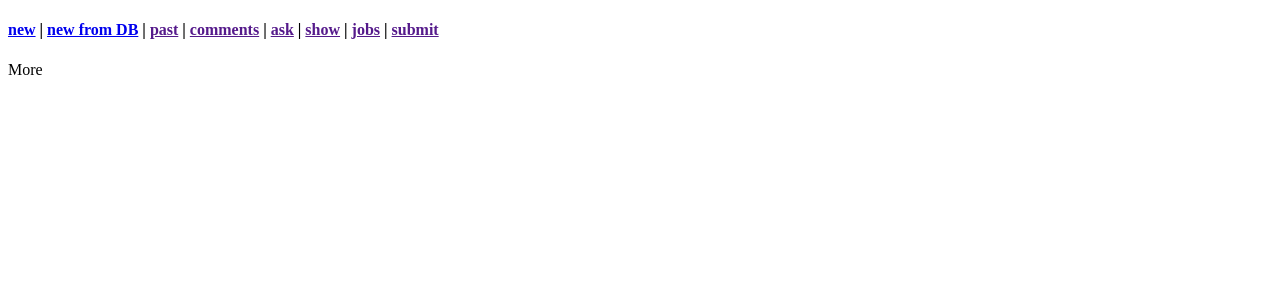
Repository: akshatmaheshwar/HackerNews-Clone
Page: http://localhost/HackerNews/dbnewest
An editor plug-in stored every save of this project. The page is shown before and after the next save, followed by the edit.
The browser window is 1280 px wide. The pictures show the whole page.
The page is served by Tomcat 10. Other server files are loaded and not shown. Queries for data that is not in the repository find no rows.

Above is the page before, as saved 2023-10-10 19:33:44.

### HackerNews/src/main/webapp/newest.jsp
<%@ page language="java" contentType="text/html; charset=ISO-8859-1"
    pageEncoding="ISO-8859-1"%>
    <%@ page import="java.util.ArrayList" %>
    <%@ page import="java.util.Iterator" %>
    <%@ page import="java.net.URI" %>
    <%@ page import="com.example.newest.Posts" %>
<!DOCTYPE html>
<html>
<head>
<meta charset="ISO-8859-1">
<title>Hacker News</title>
</head>
<body>
<%!
String timeDiff(Long timeStamp){
	long epoch = System.currentTimeMillis()/1000;
	long difference = epoch - timeStamp;
	if(difference/86400>0)return (difference/86400) + " days ago";
	if(difference/3600>0) return (difference/3600) + " hours ago";
	if (difference/60>0) return (difference/60) + " minutes ago";
	return (difference) + " seconds ago";
}
String getDomainName(String url){
	URI uri;
	try{
		uri = new URI(url);
		return "(" + uri.getHost() + ")";
	}catch(Exception e){
		System.out.println(e);
	}
	return "";
}
int pagination = 0;
%>
<h4> <a href ="newest">new</a>&nbsp;|&nbsp;<a href ="dbnewest">new from DB</a>&nbsp;|&nbsp;<a href ="">past</a>&nbsp;|&nbsp;<a href ="">comments</a>&nbsp;|&nbsp;<a href ="">ask</a>&nbsp;|&nbsp;<a href ="">show</a>&nbsp;|&nbsp;<a href ="">jobs</a>&nbsp;|&nbsp;<a href ="">submit</a></h4>
<ol>
     <%
    ArrayList<Posts> postList = (ArrayList<Posts>)request.getAttribute("postList");

    if (postList != null) {
        Iterator<Posts> iterator = postList.iterator();
        while (iterator.hasNext()) {
            Posts item = iterator.next();
%>
            <li><span><a href ="<%=item.getUrl()%>"><%= item.getTitle() %></a> <%= getDomainName(item.getUrl())%> </span>
            <p><%=item.getScore()%> point &nbsp; Posted by <%=item.getBy() %> &nbsp; <%= timeDiff(item.getTime()) %></p></li>
<%
        }
    }
%>
</ol>
<a onclick= <% pagination+=30; %>href = "dbnewest?pagination=<%=pagination%>">More</a>
</body>
</html>

### HackerNews/src/main/java/com/example/newest/DBNewestServlet.java
package com.example.newest;

import jakarta.servlet.ServletException;
import jakarta.servlet.annotation.WebServlet;
import jakarta.servlet.http.HttpServlet;
import jakarta.servlet.http.HttpServletRequest;
import jakarta.servlet.http.HttpServletResponse;
import java.io.IOException;
import java.net.URL;
import java.sql.Connection;
import java.sql.DriverManager;
import java.sql.PreparedStatement;
import java.sql.ResultSet;
import java.sql.SQLException;
import java.sql.Statement;
import java.sql.Timestamp;
import java.time.Instant;
import java.util.ArrayList;
import java.util.List;
import java.util.Scanner;

import javax.net.ssl.HttpsURLConnection;

import com.fasterxml.jackson.databind.ObjectMapper;
@WebServlet("/dbnewest")
public class DBNewestServlet extends HttpServlet {
	private static final long serialVersionUID = 1L;

    public DBNewestServlet() {
        super();
        // TODO Auto-generated constructor stub
    }
	protected void doGet(HttpServletRequest request, HttpServletResponse response) throws ServletException, IOException {
	    try {
			Class.forName("com.mysql.cj.jdbc.Driver");
		} catch (ClassNotFoundException e) {
			e.printStackTrace();
		}
	    try(Connection con = DriverManager.getConnection("jdbc:mysql://localhost:3306/HackerNews","root","root")){
	    	Statement st = con.createStatement();
	    	ResultSet rs = st.executeQuery("SELECT * FROM HackerNewsPost ORDER BY time DESC LIMIT 30");
	    	List<Posts> postList = new ArrayList<Posts>();
	    	while(rs.next()) {
	    		Posts post = new Posts();
	    		post.setId(rs.getInt("id"));
	    		post.setBy(rs.getString("posted_by"));
	    		post.setDescendants(rs.getInt("descendants"));
	    		post.setScore(rs.getInt("score"));
	    		post.setText(rs.getString("text"));
	    		post.setTime(rs.getTimestamp("time").getTime());
	    		post.setTitle(rs.getString("title"));
	    		post.setType(rs.getString("type"));
	    		post.setUrl(rs.getString("url"));
	    		postList.add(post);
	    	}
	    	request.setAttribute("postList", postList);
	    }catch(Exception e) {e.printStackTrace();}
        request.getRequestDispatcher("/newest.jsp").forward(request, response);

	}

	protected void doPost(HttpServletRequest request, HttpServletResponse response) throws ServletException, IOException {
		URL urlObj = new URL("https://hacker-news.firebaseio.com/v0/newstories.json?print=pretty");
		HttpsURLConnection connection = (HttpsURLConnection) urlObj.openConnection();
		connection.setRequestMethod("GET");
		int responseCode = connection.getResponseCode();
		if(responseCode == HttpsURLConnection.HTTP_OK) {
			StringBuilder sb = new StringBuilder();
			Scanner sc = new Scanner(connection.getInputStream());
			while(sc.hasNext())sb.append(sc.nextLine());
			sc.close();
			ObjectMapper om = new ObjectMapper();
			@SuppressWarnings("unchecked")
			List<Integer> jsonArr = om.readValue(sb.toString(),List.class);
			List<Posts> postList = new ArrayList<Posts>();
			for(int i=0;i<30;i++) {
				URL urlObj1 = new URL("https://hacker-news.firebaseio.com/v0/item/"+jsonArr.get(i)+".json?print=pretty");
				HttpsURLConnection connection1 = (HttpsURLConnection) urlObj1.openConnection();
				connection1.setRequestMethod("GET");
				int responseCode1 = connection1.getResponseCode();
				if(responseCode1 == HttpsURLConnection.HTTP_OK) {
					StringBuilder sb1 = new StringBuilder();
					Scanner sc1 = new Scanner(connection1.getInputStream());
					while(sc1.hasNext())sb1.append(sc1.nextLine());
					sc1.close();
					ObjectMapper om1 = new ObjectMapper();
					try{Posts post = om1.readValue(sb1.toString(),Posts.class);
					postList.add(post);
					}catch(Exception e) {System.out.println(e);}
				}
			}
			try {
			    Class.forName("com.mysql.cj.jdbc.Driver");
			} catch (ClassNotFoundException e) {
			    e.printStackTrace();
			}
			try(Connection con = DriverManager.getConnection("jdbc:mysql://localhost:3306/HackerNews","root","root")){
				try(PreparedStatement pst = con.prepareStatement("INSERT INTO HackerNewsPost(id,posted_by,descendants,score,text,time,title,type,url) values(?,?,?,?,?,?,?,?,?)")){
					for(Posts post : postList) {
						pst.setInt(1, post.getId());
						pst.setString(2, post.getBy());
						pst.setInt(3, post.getDescendants());
						pst.setInt(4, post.getScore());
						pst.setString(5, post.getText());
						pst.setTimestamp(6, new Timestamp(post.getTime()));
						pst.setString(7,post.getTitle());
						pst.setString(8, post.getType());
						pst.setString(9,post.getUrl());
						pst.executeUpdate();
					}
				}catch(Exception e) {e.printStackTrace();}
			}catch(Exception e) {e.printStackTrace();}
		}
	}

}

After the next save:
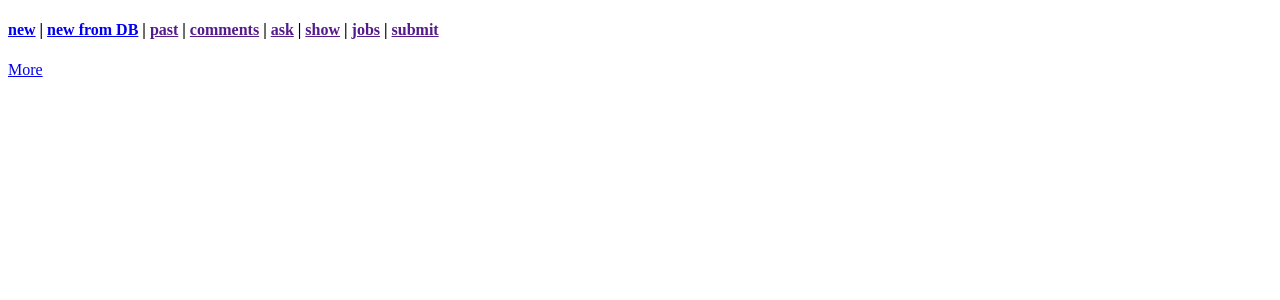
Saved 81 s later.
--- a/HackerNews/src/main/webapp/newest.jsp
+++ b/HackerNews/src/main/webapp/newest.jsp
@@ -49,6 +49,6 @@ int pagination = 0;
     }
 %>
 </ol>
-<a onclick= <% pagination+=30; %>href = "dbnewest?pagination=<%=pagination%>">More</a>
+<a href = "dbnewest?pagination=<%=pagination%>" onclick= <% pagination+=30; %>>More</a>
 </body>
 </html>
